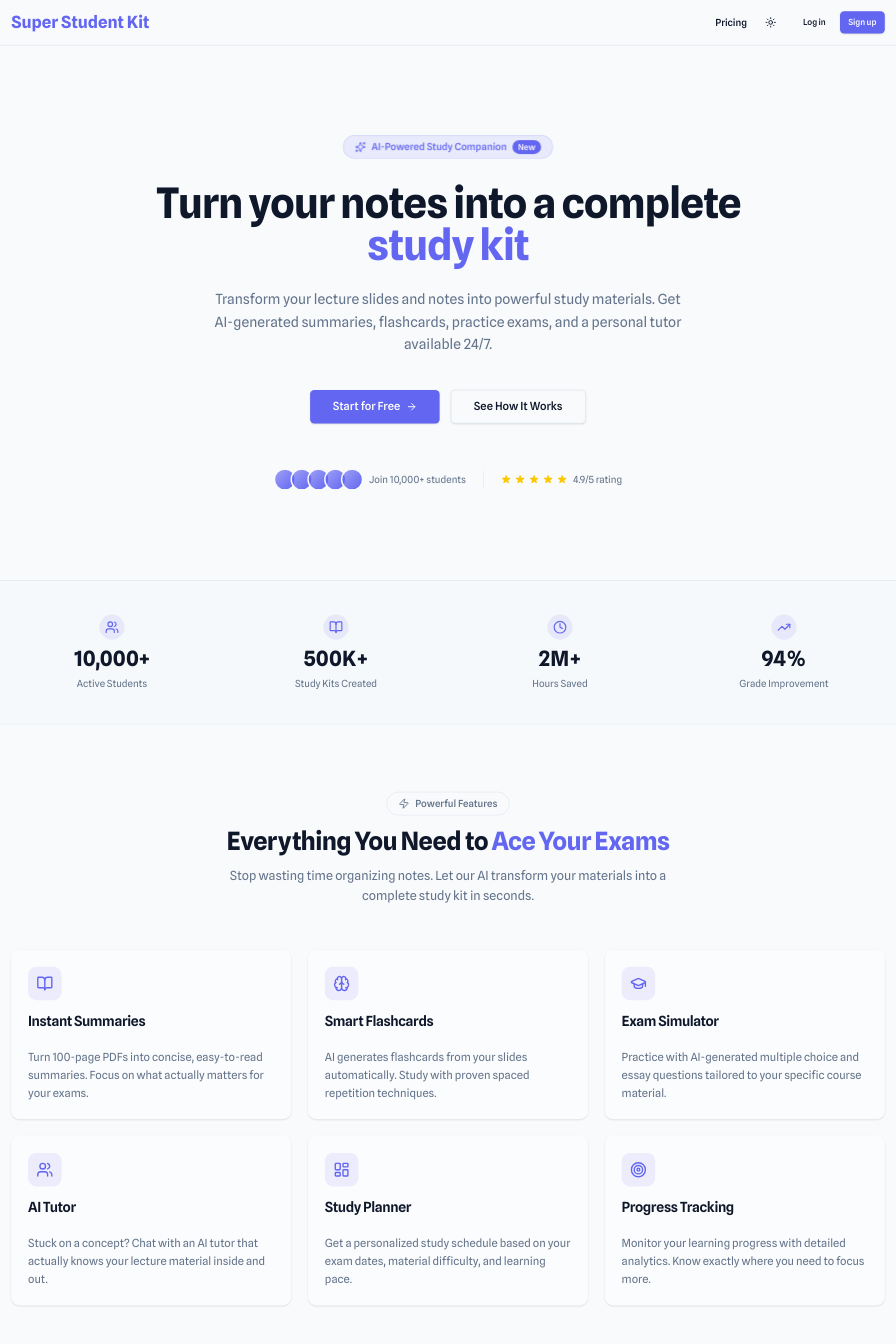
Repository: DiwanMalla/study_kit
Page: /
The author's editor kept a copy of each file at every save. The page is drawn from the files as they stood at one save, then again after the next save.
The browser window is 1280 px wide. The pictures show the part of the page from y = 0 to 1920 px (the page is 4252 px tall), at 70% of full size.
The page's requests for data from a server got no answer. The project was rebuilt for these pictures with package versions that can differ from the ones it lists, and the page was loaded fresh each time. Some packages were replaced by stand-ins written for this rebuild. The framework's server and built-in components were replaced by stand-ins that run in the browser. No one was signed in, and anything a server would have sent is missing. Also part of the build but not shown: next.config.ts.

Above is the page before, as saved 2025-12-21 11:45:02.

### app/layout.tsx
import type { Metadata } from "next";
import { Geist, Geist_Mono } from "next/font/google";
import { ClerkProvider } from "@clerk/nextjs";
import "./globals.css";
import { ThemeProvider } from "@/components/theme-provider";
import { Navbar } from "@/components/layout/navbar";
import { Footer } from "@/components/layout/footer";

const geistSans = Geist({
  variable: "--font-geist-sans",
  subsets: ["latin"],
});

const geistMono = Geist_Mono({
  variable: "--font-geist-mono",
  subsets: ["latin"],
});

export const metadata: Metadata = {
  title: "Super Student Kit",
  description: "Your 24/7 AI-powered study companion",
};

export default function RootLayout({
  children,
}: Readonly<{
  children: React.ReactNode;
}>) {
  return (
    <ClerkProvider>
      <html lang="en" suppressHydrationWarning>
        <body
          className={`${geistSans.variable} ${geistMono.variable} antialiased min-h-screen`}
        >
          <ThemeProvider
            attribute="class"
            defaultTheme="system"
            enableSystem
            disableTransitionOnChange
          >
            {children}
          </ThemeProvider>
        </body>
      </html>
    </ClerkProvider>
  );
}

### app/globals.css
@import url("https://fonts.googleapis.com/css2?family=Spline+Sans:wght@300;400;500;600;700&display=swap");
@import "tailwindcss";

@custom-variant dark (&:is(.dark *));

@theme {
  --color-border: var(--border);
  --color-ring: var(--primary);
  --color-background: var(--background);
  --color-foreground: var(--foreground);
  --color-primary: var(--primary);
  --color-primary-foreground: var(--primary-foreground);
  --color-muted: var(--muted);
  --color-muted-foreground: var(--muted-foreground);
  --color-accent: var(--accent);
  --color-accent-foreground: var(--accent-foreground);
  --color-popover: var(--popover);
  --color-popover-foreground: var(--popover-foreground);
  --color-card: var(--card);
  --color-card-foreground: var(--card-foreground);
  --color-input: var(--input);
  --color-secondary: var(--secondary);
  --color-secondary-foreground: var(--secondary-foreground);
  --color-surface: var(--surface);
}

:root {
  --background: #f8fafc;
  --foreground: #0f172a;
  --primary: #6366f1;
  --primary-foreground: #ffffff;
  --muted: #f1f5f9;
  --muted-foreground: #64748b;
  --accent: #eef2ff;
  --accent-foreground: #0f172a;
  --popover: #ffffff;
  --popover-foreground: #0f172a;
  --card: #ffffff;
  --card-foreground: #0f172a;
  --secondary: #f1f5f9;
  --secondary-foreground: #0f172a;
  --input: #e2e8f0;
  --border: #e2e8f0;
  --surface: #ffffff;
  --radius: 1rem;
}

.dark {
  --background: #020617;
  --foreground: #f8fafc;
  --primary: #818cf8;
  --primary-foreground: #ffffff;
  --muted: #0b1220;
  --muted-foreground: #94a3b8;
  --accent: #1e293b;
  --accent-foreground: #f8fafc;
  --popover: #0f172a;
  --popover-foreground: #f8fafc;
  --card: #0f172a;
  --card-foreground: #f8fafc;
  --secondary: #0b1220;
  --secondary-foreground: #f8fafc;
  --input: #1e293b;
  --border: #1e293b;
  --surface: #0f172a;
}

@layer base {
  * {
    @apply border-border;
  }
  body {
    @apply bg-background text-foreground;
    font-family: "Spline Sans", sans-serif;
  }
}

.glass-panel {
  backdrop-filter: blur(12px);
  -webkit-backdrop-filter: blur(12px);
}

::-webkit-scrollbar {
  width: 6px;
  height: 6px;
}
::-webkit-scrollbar-track {
  background: transparent;
}
::-webkit-scrollbar-thumb {
  background: #e5e5e5;
  border-radius: 3px;
}
.dark ::-webkit-scrollbar-thumb {
  background: #444;
}

/* Syntax highlighting for code blocks */
.markdown-viewer pre code.hljs {
  display: block;
  overflow-x: auto;
  padding: 1em;
}

.markdown-viewer code.hljs {
  padding: 3px 5px;
}

/* Light theme syntax highlighting */
.hljs {
  color: #383a42;
  background: transparent;
}

.hljs-comment,
.hljs-quote {
  color: #a0a1a7;
  font-style: italic;
}

.hljs-doctag,
.hljs-keyword,
.hljs-formula {
  color: #a626a4;
}

.hljs-section,
.hljs-name,
.hljs-selector-tag,
.hljs-deletion,
.hljs-subst {
  color: #e45649;
}

.hljs-literal {
  color: #0184bb;
}

.hljs-string,
.hljs-regexp,
.hljs-addition,
.hljs-attribute,
.hljs-meta .hljs-string {
  color: #50a14f;
}

.hljs-attr,
.hljs-variable,
.hljs-template-variable,
.hljs-type,
.hljs-selector-class,
.hljs-selector-attr,
.hljs-selector-pseudo,
.hljs-number {
  color: #986801;
}

.hljs-symbol,
.hljs-bullet,
.hljs-link,
.hljs-meta,
.hljs-selector-id,
.hljs-title {
  color: #4078f2;
}

.hljs-built_in,
.hljs-title.class_,
.hljs-class .hljs-title {
  color: #c18401;
}

.hljs-emphasis {
  font-style: italic;
}

.hljs-strong {
  font-weight: bold;
}

.hljs-link {
  text-decoration: underline;
}

/* Dark theme syntax highlighting */
.dark .hljs {
  color: #abb2bf;
  background: transparent;
}

.dark .hljs-comment,
.dark .hljs-quote {
  color: #5c6370;
  font-style: italic;
}

.dark .hljs-doctag,
.dark .hljs-keyword,
.dark .hljs-formula {
  color: #c678dd;
}

.dark .hljs-section,
.dark .hljs-name,
.dark .hljs-selector-tag,
.dark .hljs-deletion,
.dark .hljs-subst {
  color: #e06c75;
}

.dark .hljs-literal {
  color: #56b6c2;
}

.dark .hljs-string,
.dark .hljs-regexp,
.dark .hljs-addition,
.dark .hljs-attribute,
.dark .hljs-meta .hljs-string {
  color: #98c379;
}

.dark .hljs-attr,
.dark .hljs-variable,
.dark .hljs-template-variable,
.dark .hljs-type,
.dark .hljs-selector-class,
.dark .hljs-selector-attr,
.dark .hljs-selector-pseudo,
.dark .hljs-number {
  color: #d19a66;
}

.dark .hljs-symbol,
.dark .hljs-bullet,
.dark .hljs-link,
.dark .hljs-meta,
.dark .hljs-selector-id,
.dark .hljs-title {
  color: #61aeee;
}

.dark .hljs-built_in,
.dark .hljs-title.class_,
.dark .hljs-class .hljs-title {
  color: #e6c07b;
}

.dark .hljs-emphasis {
  font-style: italic;
}

.dark .hljs-strong {
  font-weight: bold;
}

.dark .hljs-link {
  text-decoration: underline;
}

### components/ui/button.tsx
import * as React from "react";
import { Slot } from "@radix-ui/react-slot";
import { cva, type VariantProps } from "class-variance-authority";
import { cn } from "@/lib/utils";

const buttonVariants = cva(
  "inline-flex items-center justify-center gap-2 whitespace-nowrap rounded-md text-sm font-medium transition-colors focus-visible:outline-none focus-visible:ring-1 focus-visible:ring-ring disabled:pointer-events-none disabled:opacity-50 [&_svg]:pointer-events-none [&_svg]:size-4 [&_svg]:shrink-0",
  {
    variants: {
      variant: {
        default:
          "bg-primary text-primary-foreground shadow hover:bg-primary/90",
        destructive:
          "bg-destructive text-destructive-foreground shadow-sm hover:bg-destructive/90",
        outline:
          "border border-input bg-background shadow-sm hover:bg-accent hover:text-accent-foreground",
        secondary:
          "bg-secondary text-secondary-foreground shadow-sm hover:bg-secondary/80",
        ghost: "hover:bg-accent hover:text-accent-foreground",
        link: "text-primary underline-offset-4 hover:underline",
      },
      size: {
        default: "h-9 px-4 py-2",
        sm: "h-8 rounded-md px-3 text-xs",
        lg: "h-10 rounded-md px-8",
        icon: "h-9 w-9",
      },
    },
    defaultVariants: {
      variant: "default",
      size: "default",
    },
  }
);

export interface ButtonProps
  extends React.ButtonHTMLAttributes<HTMLButtonElement>,
    VariantProps<typeof buttonVariants> {
  asChild?: boolean;
}

const Button = React.forwardRef<HTMLButtonElement, ButtonProps>(
  ({ className, variant, size, asChild = false, ...props }, ref) => {
    const Comp = asChild ? Slot : "button";
    return (
      <Comp
        className={cn(buttonVariants({ variant, size, className }))}
        ref={ref}
        {...props}
      />
    );
  }
);
Button.displayName = "Button";

export { Button, buttonVariants };

### components/layout/navbar.tsx
import Link from "next/link";
import { Button } from "@/components/ui/button";
import {
  SignedIn,
  SignedOut,
  SignInButton,
  SignUpButton,
  UserButton,
} from "@clerk/nextjs";
import { ThemeToggle } from "@/components/theme-toggle";

export function Navbar() {
  return (
    <nav className="border-b bg-background sticky top-0 z-50">
      <div className="container mx-auto flex h-16 items-center justify-between px-4">
        <Link href="/" className="text-2xl font-bold text-primary">
          Super Student Kit
        </Link>
        <div className="flex items-center gap-4">
          <SignedIn>
            <Link
              href="/dashboard"
              className="text-sm font-medium hover:underline"
            >
              Dashboard
            </Link>
          </SignedIn>
          <Link
            href="/#pricing"
            className="text-sm font-medium hover:underline"
          >
            Pricing
          </Link>
          <ThemeToggle />
          <div className="flex items-center gap-2">
            <SignedOut>
              <SignInButton mode="modal">
                <Button variant="ghost" size="sm">
                  Log in
                </Button>
              </SignInButton>
              <SignUpButton mode="modal">
                <Button size="sm">Sign up</Button>
              </SignUpButton>
            </SignedOut>
            <SignedIn>
              <UserButton afterSignOutUrl="/" />
            </SignedIn>
          </div>
        </div>
      </div>
    </nav>
  );
}

### components/layout/footer.tsx
export function Footer() {
  return (
    <footer className="border-t bg-muted/50">
      <div className="container mx-auto py-8 px-4 text-center text-sm text-muted-foreground">
        <p>&copy; {new Date().getFullYear()} Super Student Kit. All rights reserved.</p>
      </div>
    </footer>
  )
}

### components/pricing/pricing-content.tsx
import Link from "next/link";
import { Check } from "lucide-react";
import { Button } from "@/components/ui/button";
import {
  Card,
  CardContent,
  CardDescription,
  CardFooter,
  CardHeader,
  CardTitle,
} from "@/components/ui/card";

export function PricingContent({
  ctaHref = "/dashboard",
}: {
  ctaHref?: string;
}) {
  return (
    <>
      <div className="text-center mb-16 space-y-4">
        <h2 className="text-4xl md:text-5xl font-bold tracking-tight">
          Simple, Transparent <span className="text-primary">Pricing</span>
        </h2>
        <p className="text-xl text-muted-foreground max-w-2xl mx-auto">
          Choose the plan that fits your study needs. Start for free and upgrade
          as you grow.
        </p>
      </div>

      <div className="grid grid-cols-1 md:grid-cols-3 gap-8 max-w-6xl mx-auto">
        <PricingCard
          title="Free"
          price="$0"
          description="Perfect for casual study sessions and trying out our AI features."
          features={[
            "3 Study Kits per month",
            "Basic AI Summaries",
            "50 Flashcards per kit",
            "Community Support",
            "Standard AI Models",
          ]}
          buttonText="Get Started"
          variant="outline"
          href={ctaHref}
        />
        <PricingCard
          title="Pro"
          price="$9"
          period="/month"
          description="Our most popular plan for serious students who need more power."
          features={[
            "Unlimited Study Kits",
            "Advanced AI Tutor",
            "Exam Simulator",
            "Study Planner & Analytics",
            "Priority Email Support",
            "Faster Processing",
          ]}
          buttonText="Start Free Trial"
          variant="default"
          popular
          href={ctaHref}
        />
        <PricingCard
          title="Ultimate"
          price="$15"
          period="/month"
          description="For power users who want the absolute best AI models and features."
          features={[
            "Everything in Pro",
            "Premium Models (GPT-4o)",
            "Collaborative Study Rooms",
            "API Access",
            "Dedicated Support",
            "Beta Feature Access",
          ]}
          buttonText="Go Ultimate"
          variant="outline"
          href={ctaHref}
        />
      </div>

      <div className="mt-24 max-w-3xl mx-auto bg-surface border border-border rounded-2xl p-8 text-center space-y-6">
        <h3 className="text-2xl font-bold">
          Need a custom plan for your school?
        </h3>
        <p className="text-muted-foreground">
          We offer institutional licenses for schools and universities. Contact
          our sales team for a custom quote.
        </p>
        <Button variant="link" className="text-primary font-bold" asChild>
          <Link href="mailto:support@superstudentkit.com">Contact Sales →</Link>
        </Button>
      </div>
    </>
  );
}

function PricingCard({
  title,
  price,
  period,
  description,
  features,
  buttonText,
  variant = "default",
  popular = false,
  href,
}: {
  title: string;
  price: string;
  period?: string;
  description: string;
  features: string[];
  buttonText: string;
  variant?: "default" | "outline";
  popular?: boolean;
  href: string;
}) {
  return (
    <Card
      className={`relative flex flex-col transition-all duration-300 hover:shadow-xl ${
        popular
          ? "border-primary border-4 shadow-lg scale-105 bg-surface"
          : "hover:-translate-y-1 bg-surface"
      }`}
    >
      {popular && (
        <div className="absolute -top-4 left-0 right-0 flex justify-center">
          <span className="bg-primary text-primary-foreground text-xs font-bold px-4 py-1.5 rounded-full shadow-lg">
            MOST POPULAR
          </span>
        </div>
      )}
      <CardHeader className="pt-8">
        <CardTitle className="text-3xl">{title}</CardTitle>
        <CardDescription className="min-h-[60px]">
          {description}
        </CardDescription>
      </CardHeader>
      <CardContent className="flex-1">
        <div className="flex items-baseline mb-8">
          <span className="text-5xl font-bold">{price}</span>
          {period && (
            <span className="text-muted-foreground ml-1 text-xl">{period}</span>
          )}
        </div>
        <ul className="space-y-4">
          {features.map((feature) => (
            <li key={feature} className="flex items-start text-sm">
              <Check className="h-5 w-5 text-primary mr-3 shrink-0" />
              <span className="text-foreground">{feature}</span>
            </li>
          ))}
        </ul>
      </CardContent>
      <CardFooter className="pt-6">
        <Button
          className="w-full h-12 text-base font-bold"
          variant={variant}
          asChild
        >
          <Link href={href}>{buttonText}</Link>
        </Button>
      </CardFooter>
    </Card>
  );
}

### components/ui/card.tsx
import * as React from "react"
import { cn } from "@/lib/utils"

const Card = React.forwardRef<
  HTMLDivElement,
  React.HTMLAttributes<HTMLDivElement>
>(({ className, ...props }, ref) => (
  <div
    ref={ref}
    className={cn(
      "rounded-xl border bg-card text-card-foreground shadow",
      className
    )}
    {...props}
  />
))
Card.displayName = "Card"

const CardHeader = React.forwardRef<
  HTMLDivElement,
  React.HTMLAttributes<HTMLDivElement>
>(({ className, ...props }, ref) => (
  <div
    ref={ref}
    className={cn("flex flex-col space-y-1.5 p-6", className)}
    {...props}
  />
))
CardHeader.displayName = "CardHeader"

const CardTitle = React.forwardRef<
  HTMLDivElement,
  React.HTMLAttributes<HTMLDivElement>
>(({ className, ...props }, ref) => (
  <div
    ref={ref}
    className={cn("font-semibold leading-none tracking-tight", className)}
    {...props}
  />
))
CardTitle.displayName = "CardTitle"

const CardDescription = React.forwardRef<
  HTMLDivElement,
  React.HTMLAttributes<HTMLDivElement>
>(({ className, ...props }, ref) => (
  <div
    ref={ref}
    className={cn("text-sm text-muted-foreground", className)}
    {...props}
  />
))
CardDescription.displayName = "CardDescription"

const CardContent = React.forwardRef<
  HTMLDivElement,
  React.HTMLAttributes<HTMLDivElement>
>(({ className, ...props }, ref) => (
  <div ref={ref} className={cn("p-6 pt-0", className)} {...props} />
))
CardContent.displayName = "CardContent"

const CardFooter = React.forwardRef<
  HTMLDivElement,
  React.HTMLAttributes<HTMLDivElement>
>(({ className, ...props }, ref) => (
  <div
    ref={ref}
    className={cn("flex items-center p-6 pt-0", className)}
    {...props}
  />
))
CardFooter.displayName = "CardFooter"

export { Card, CardHeader, CardFooter, CardTitle, CardDescription, CardContent }

### components/theme-toggle.tsx
"use client";

import * as React from "react";
import { Moon, Sun } from "lucide-react";
import { useTheme } from "next-themes";
import { Button } from "@/components/ui/button";

export function ThemeToggle() {
  const { theme, setTheme } = useTheme();
  const [mounted, setMounted] = React.useState(false);

  React.useEffect(() => {
    setMounted(true);
  }, []);

  if (!mounted) {
    return (
      <Button variant="ghost" size="icon" className="h-9 w-9">
        <span className="sr-only">Toggle theme</span>
      </Button>
    );
  }

  return (
    <Button
      variant="ghost"
      size="icon"
      className="h-9 w-9"
      onClick={() => setTheme(theme === "dark" ? "light" : "dark")}
    >
      <Sun className="h-4 w-4 rotate-0 scale-100 transition-all dark:-rotate-90 dark:scale-0" />
      <Moon className="absolute h-4 w-4 rotate-90 scale-0 transition-all dark:rotate-0 dark:scale-100" />
      <span className="sr-only">Toggle theme</span>
    </Button>
  );
}

Loaded but not shown: components/theme-provider.tsx (common file); lib/utils.ts (common file); app/page.tsx (337 lines, source omitted)

After the next save:
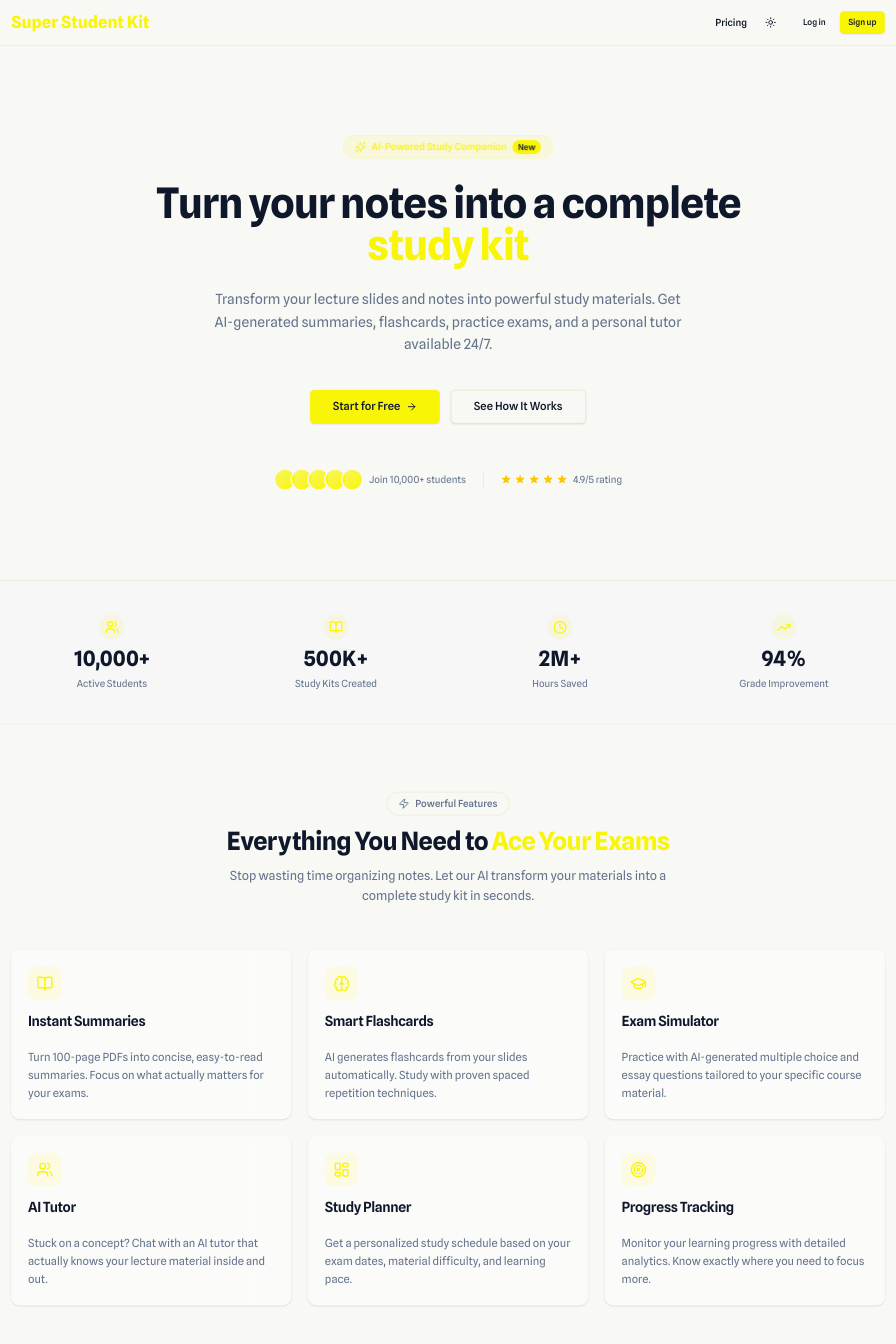
Saved 17 s later.
--- a/app/globals.css
+++ b/app/globals.css
@@ -1,4 +1,5 @@
 @import url("https://fonts.googleapis.com/css2?family=Spline+Sans:wght@300;400;500;600;700&display=swap");
+@import url("https://fonts.googleapis.com/css2?family=Material+Symbols+Outlined:wght,FILL@100..700,0..1&display=swap");
 @import "tailwindcss";
 
 @custom-variant dark (&:is(.dark *));
@@ -25,13 +26,13 @@
 }
 
 :root {
-  --background: #f8fafc;
+  --background: #f8f8f5;
   --foreground: #0f172a;
-  --primary: #6366f1;
-  --primary-foreground: #ffffff;
+  --primary: #f9f506;
+  --primary-foreground: #0f172a;
   --muted: #f1f5f9;
   --muted-foreground: #64748b;
-  --accent: #eef2ff;
+  --accent: #f9f506;
   --accent-foreground: #0f172a;
   --popover: #ffffff;
   --popover-foreground: #0f172a;
@@ -39,30 +40,30 @@
   --card-foreground: #0f172a;
   --secondary: #f1f5f9;
   --secondary-foreground: #0f172a;
-  --input: #e2e8f0;
-  --border: #e2e8f0;
+  --input: #e9e8ce;
+  --border: #e9e8ce;
   --surface: #ffffff;
   --radius: 1rem;
 }
 
 .dark {
-  --background: #020617;
+  --background: #23220f;
   --foreground: #f8fafc;
-  --primary: #818cf8;
-  --primary-foreground: #ffffff;
-  --muted: #0b1220;
+  --primary: #f9f506;
+  --primary-foreground: #0f172a;
+  --muted: #2c2b15;
   --muted-foreground: #94a3b8;
-  --accent: #1e293b;
-  --accent-foreground: #f8fafc;
-  --popover: #0f172a;
+  --accent: #f9f506;
+  --accent-foreground: #0f172a;
+  --popover: #2c2b15;
   --popover-foreground: #f8fafc;
-  --card: #0f172a;
+  --card: #2c2b15;
   --card-foreground: #f8fafc;
-  --secondary: #0b1220;
+  --secondary: #2c2b15;
   --secondary-foreground: #f8fafc;
-  --input: #1e293b;
-  --border: #1e293b;
-  --surface: #0f172a;
+  --input: #3a3920;
+  --border: #3a3920;
+  --surface: #2c2b15;
 }
 
 @layer base {
@@ -73,6 +74,12 @@
     @apply bg-background text-foreground;
     font-family: "Spline Sans", sans-serif;
   }
+  button,
+  [type='button'],
+  [type='reset'],
+  [type='submit'] {
+    cursor: pointer;
+  }
 }
 
 .glass-panel {
@@ -93,6 +100,22 @@
 }
 .dark ::-webkit-scrollbar-thumb {
   background: #444;
+}
+
+.material-symbols-outlined {
+  font-family: "Material Symbols Outlined" !important;
+  font-weight: normal;
+  font-style: normal;
+  font-size: 24px;
+  line-height: 1;
+  letter-spacing: normal;
+  text-transform: none;
+  display: inline-block;
+  white-space: nowrap;
+  word-wrap: normal;
+  direction: ltr;
+  -webkit-font-smoothing: antialiased;
+  -moz-osx-font-smoothing: grayscale;
 }
 
 /* Syntax highlighting for code blocks */
